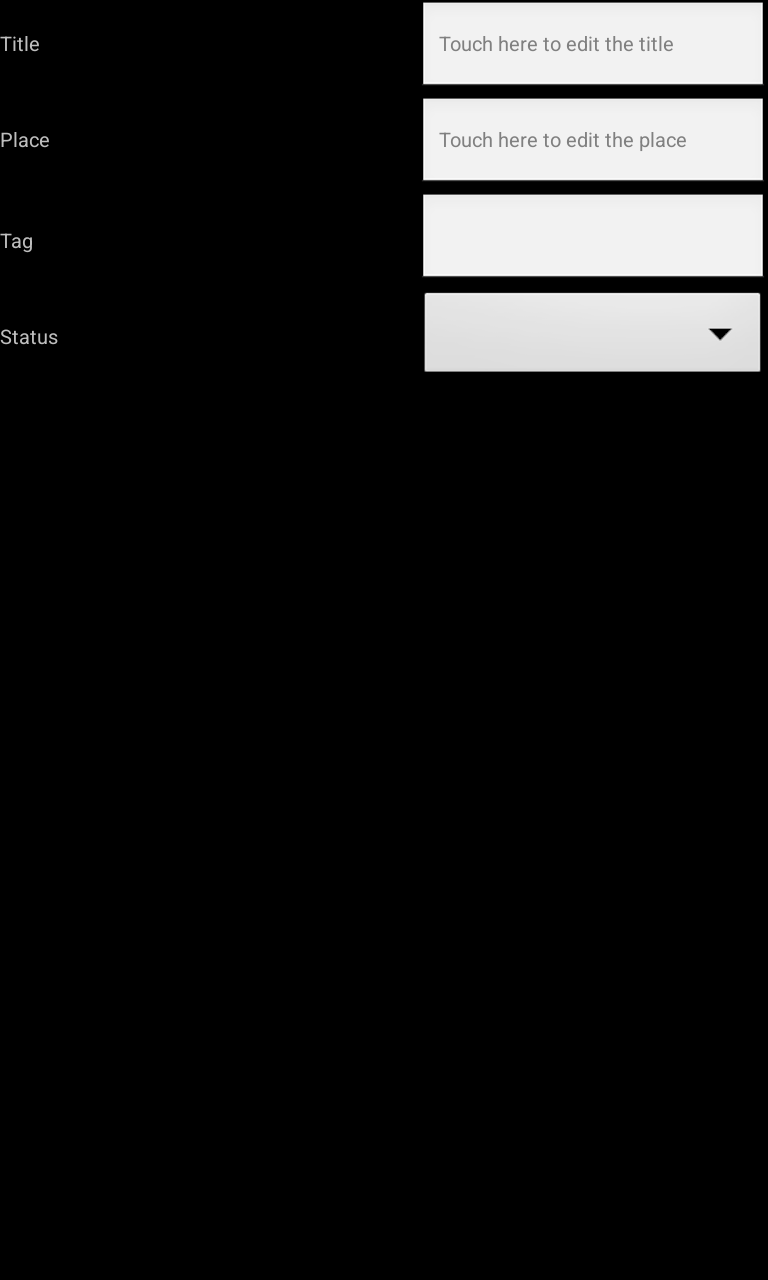
Repository: hilfialkaff/todo
Layout: ToDo_Replica/res/layout/add.xml
An editor plug-in stored every save of this project. The layout is shown before and after the next save, followed by the edit.
It is drawn on a 768 x 1280 px phone screen (xhdpi) without system bars, with theme CustomTheme; the app's code is not run.

Above is the layout before, as saved 2011-03-18 01:45:09.

### ToDo_Replica/res/layout/add.xml
<?xml version="1.0" encoding="utf-8"?>
<LinearLayout xmlns:android="http://schemas.android.com/apk/res/android"
    android:layout_width="fill_parent"
    android:layout_height="fill_parent">
<ScrollView
android:id="@+id/sc_timeline"
android:layout_width="wrap_content"
android:layout_height="wrap_content"
android:scrollbars="vertical"
>
<TableLayout
	android:id="@+id/tl_add"
	android:layout_width="fill_parent"
	android:layout_height="wrap_content"
	android:stretchColumns="0">
	<TableRow
		android:id="@+id/tr_title"
		android:layout_width="fill_parent"
		android:layout_height="wrap_content">
		<TextView
			android:id="@+id/tv_title"
			android:layout_width="wrap_content"
			android:layout_height="wrap_content"
			android:text="Title"
			android:textSize="20px">
		</TextView>
		<EditText
			android:id="@+id/et_title"
			android:layout_width="350px"
			android:layout_height="wrap_content"
			android:hint="Touch here to edit the title"
			android:textSize="20px">
		</EditText>
	</TableRow>
	<TableRow
		android:id="@+id/tr_place"
		android:layout_width="fill_parent"
		android:layout_height="wrap_content">
		<TextView
			android:id="@+id/tv_place"
			android:layout_width="wrap_content"
			android:layout_height="wrap_content"
			android:text="Place"
			android:textSize="20px">
		</TextView>
		<EditText
			android:id="@+id/et_place"
			android:layout_width="350px"
			android:layout_height="wrap_content"
			android:hint="Touch here to edit the place"
			android:textSize="20px">
		</EditText>
	</TableRow>
	<TableRow
		android:id="@+id/tr_tag"
		android:layout_width="fill_parent"
		android:layout_height="wrap_content"
		android:gravity="center_vertical">
		<TextView
			android:id="@+id/tv_status"
			android:layout_width="wrap_content"
			android:layout_height="wrap_content"
			android:text="Tag"
			android:textSize="20px">
		</TextView>
		<AutoCompleteTextView
			android:id="@+id/actv_tag"
			android:layout_width="350px"
			android:layout_height="wrap_content">
		</AutoCompleteTextView>
	</TableRow>
	<TableRow
		android:id="@+id/tr_status"
		android:layout_width="fill_parent"
		android:layout_height="wrap_content"
		android:gravity="center_vertical">
		<TextView
			android:id="@+id/tv_status"
			android:layout_width="wrap_content"
			android:layout_height="wrap_content"
			android:text="Status"
			android:textSize="20px">
		</TextView>
		<Spinner
			android:id="@+id/s_status"
			android:layout_width="350px"
			android:layout_height="wrap_content">
		</Spinner>
	</TableRow>
</TableLayout>
</ScrollView>
</LinearLayout>

### ToDo_Replica/res/values/custom_style.xml
<?xml version="1.0" encoding="UTF-8"?>
<resources>
    <style name="CustomWindowTitleBackground" parent="android:WindowTitleBackground">
        <item name="android:background">@android:color/transparent</item>
    </style>
    <style name="CustomTheme" parent="android:Theme">
        <item name="android:windowTitleSize">50px</item>
        <item name="android:windowTitleBackgroundStyle">@style/CustomWindowTitleBackground</item>
    </style>
</resources>

After the next save:
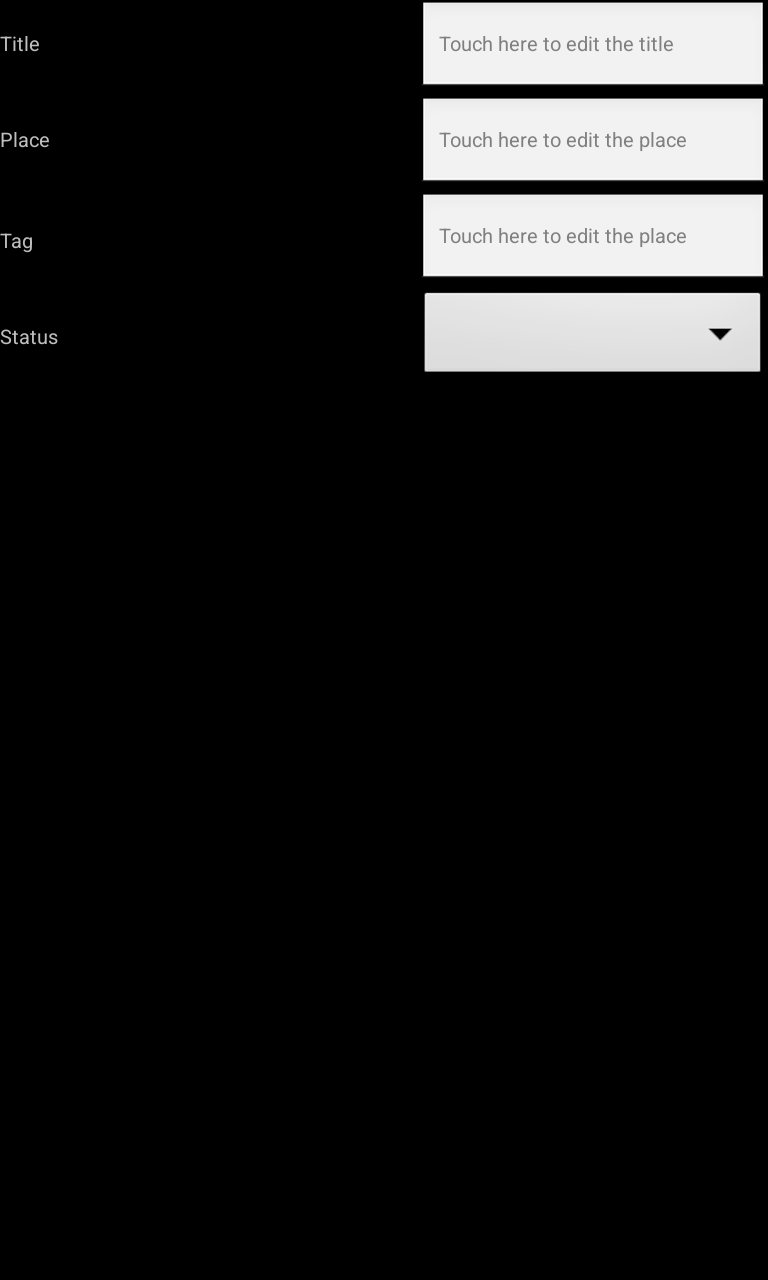
Saved 26 s later.
--- a/ToDo_Replica/res/layout/add.xml
+++ b/ToDo_Replica/res/layout/add.xml
@@ -66,7 +66,9 @@ android:scrollbars="vertical"
 		<AutoCompleteTextView
 			android:id="@+id/actv_tag"
 			android:layout_width="350px"
-			android:layout_height="wrap_content">
+			android:layout_height="wrap_content"
+			android:hint="Touch here to edit the place"
+			android:textSize="20px">
 		</AutoCompleteTextView>
 	</TableRow>
 	<TableRow
